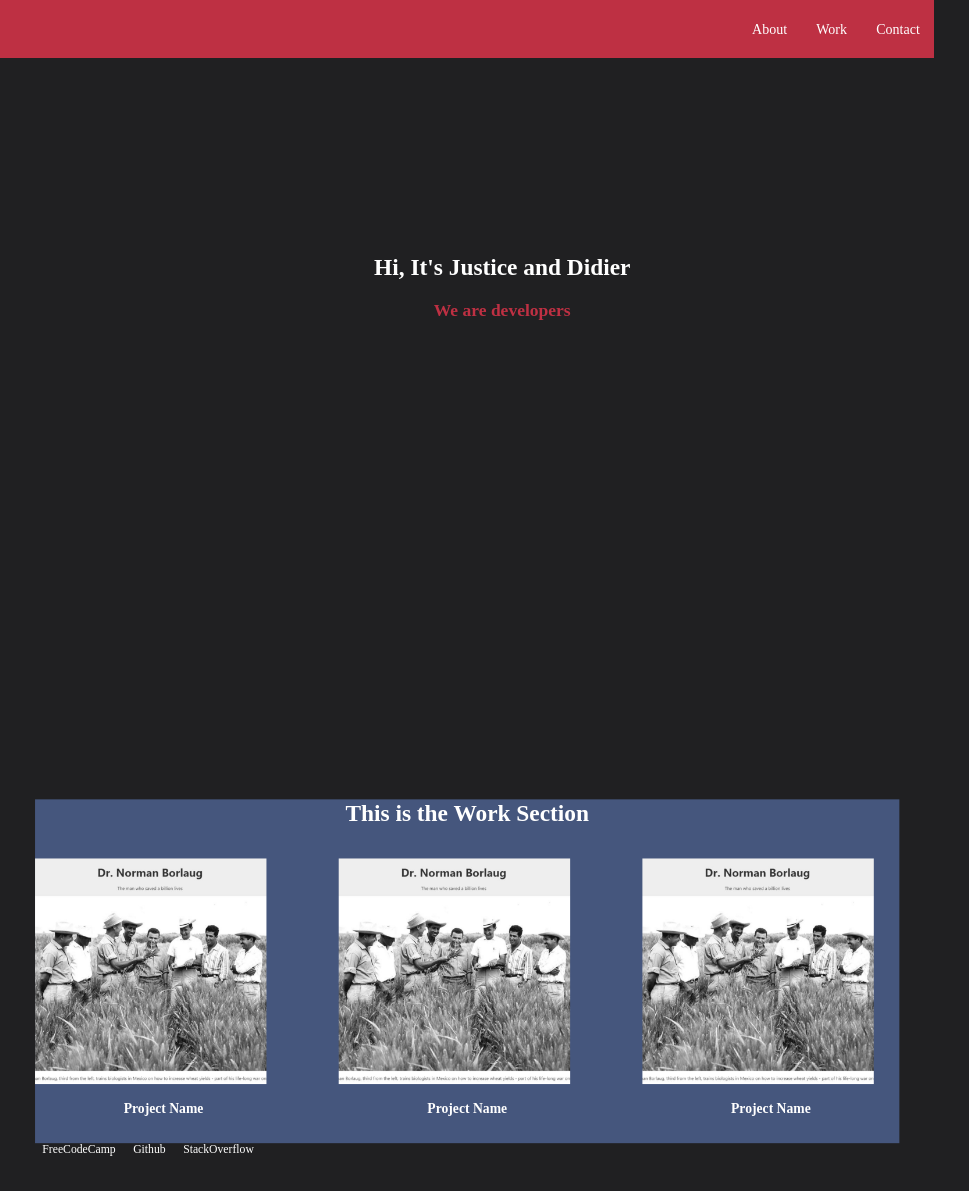
Repository: justicebhekani88/microverse_portfolio_project
Page: index.html
The author's editor kept a copy of each file at every save. The page is drawn from the files as they stood at one save, then again after the next save.
The browser window is 1280 px wide. The page is 1328 px wide, so the pictures cover 1328 px, including what lies to the right of the window. The pictures show the whole page, at 73% of full size.

Above is the page before, as saved 2022-07-21 15:28:31.

### index.html
<!DOCTYPE html>
<html lang="en">

<head>
    <meta charset="UTF-8">
    <meta http-equiv="X-UA-Compatible" content="IE=edge">
    <meta name="viewport" content="width=device-width, initial-scale=1.0">
    <link rel="stylesheet" href="style.css">
    <title>Portfolio Project</title>
</head>

<body>
    <nav id="navbar">
        <ul id="nav-list">
            <li><a href="#welcome-section">About</a></li>
            <li><a href="#projects">Work</a></li>
            <li><a href="#contact">Contact</a></li>
        </ul>
    </nav>
    <div id="main">
        <section id="welcome-section">
            <div id="welcome-text">
                <h1>Hi, It's Justice and Didier</h1>
                <h2>We are developers</h2>
            </div>
        </section>
        <section id="projects">
            <h1>This is the Work Section</h1>
            <div id="projects-display">
            <div class="project-tile">
                <a href="">
                    <div>
                        <img src="project.png" alt="Project Image">
                        <h3>Project Name</h3>
                    </div>
                </a>
            </div>
            <div class="project-tile">
                <a href="">
                    <div>
                        <img src="project.png" alt="Project Image">
                        <h3>Project Name</h3>
                    </div>
                </a>
            </div>
            <div class="project-tile">
                <a href="">
                    <div>
                        <img src="project.png" alt="Project Image">
                        <h3>Project Name</h3>
                    </div>
                </a>
            </div>
            </div>
        </section>
        <section>
            <a href="#" id="profile-link" target="_blank">FreeCodeCamp</a>
            <a href="#" id="profile-link" target="_blank">Github</a>
            <a href="#" id="profile-link" target="_blank">StackOverflow</a>
        </section>
    </div>

</body>

</html>

### style.css
body {
    background-color: #202022;
    overflow-x: hidden;
}

nav {
    color: white;
    display: flex;
    justify-content: flex-end;
    position: fixed;
    top: 0;
    left: 0;
    width: 100%;
    background: #BE3043;
}

#nav-list {
    display: flex;
}

li,
a {
    list-style: none;
    color: white;
    padding: 10px;
    text-decoration: none;
}

#main {
    padding-left: 70px;
}

#welcome-section {
    width: 100vw;
    height: 100vh;
}

h1 {
    color: white;
    font-size: 2rem;
    text-align: center;
}

h2 {
    color: #BE3043;
    font-size: 1.5rem;
}

h3 {
    text-align: center;
}

#welcome-text {
    margin: 300px 30%;
    text-align: center;
}

#projects {
background: #45567D;
}

#projects-display {
    display: grid;
    grid-template-columns: repeat(auto-fit, minmax(320px, 1fr));
    grid-gap: 4rem;
}

img {
    width: 90%
}

@media only screen and (min-width: 600px) {
    #main {
        padding: 10px;
    }
}

@media only screen and (min-width: 1280px) {
    #main {
        padding: 40px;
    }
    nav {
        font-size: larger;
    }
}

After the next save:
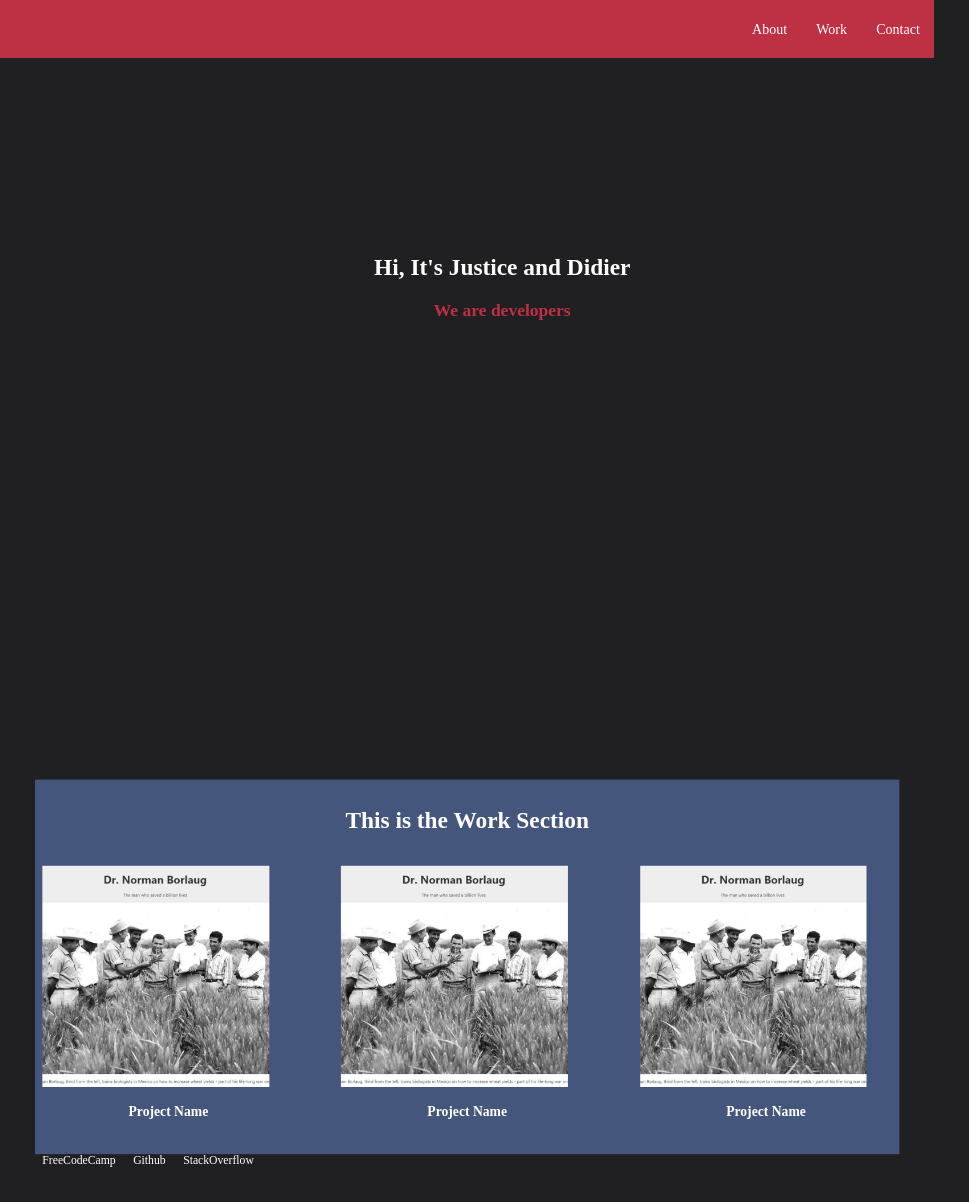
Saved 17 s later.
--- a/style.css
+++ b/style.css
@@ -56,7 +56,8 @@
 }
 
 #projects {
-background: #45567D;
+    background: #45567D;
+    padding: 10px;
 }
 
 #projects-display {

After the save that followed:
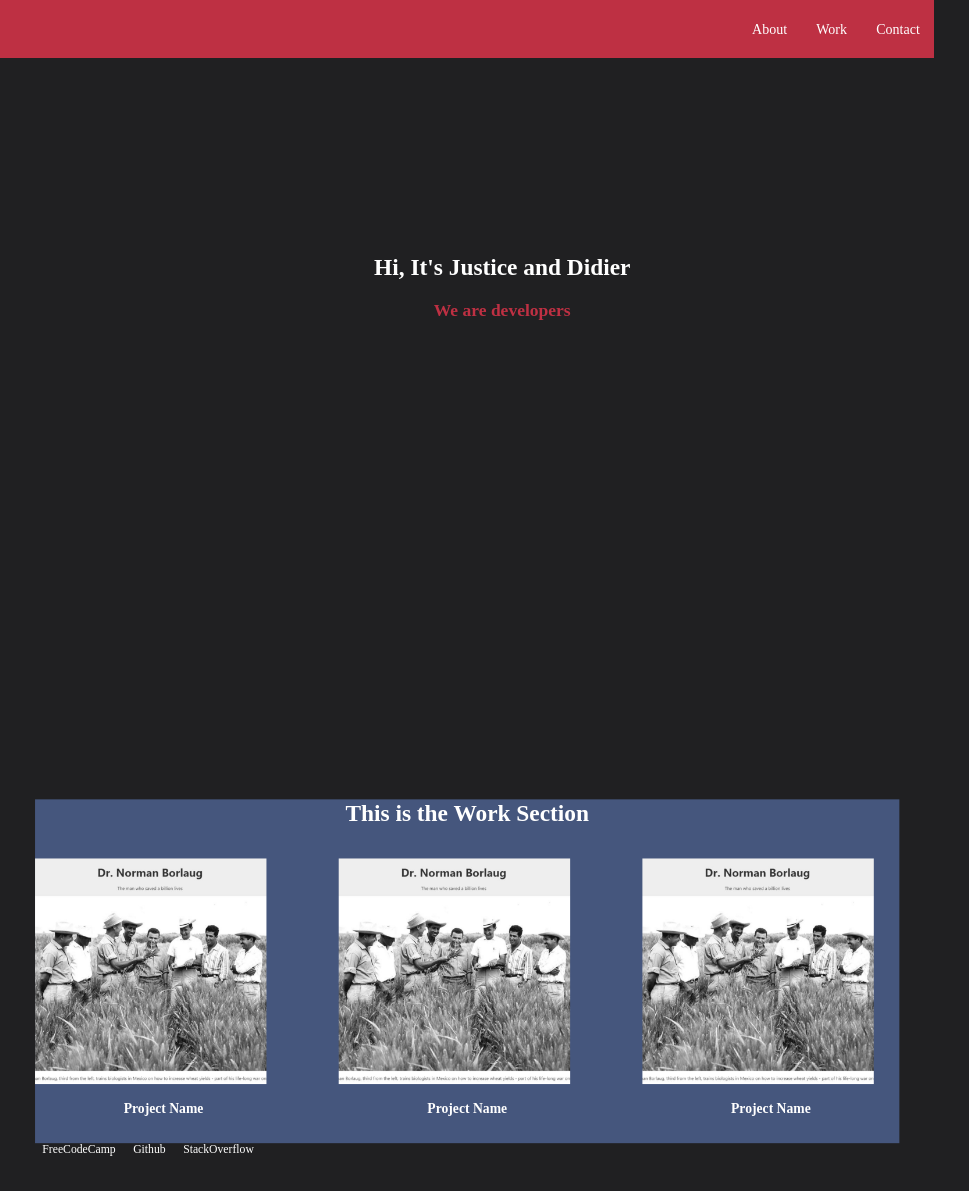
Saved 12 s later.
--- a/style.css
+++ b/style.css
@@ -57,7 +57,7 @@
 
 #projects {
     background: #45567D;
-    padding: 10px;
+    align-items: center;
 }
 
 #projects-display {
